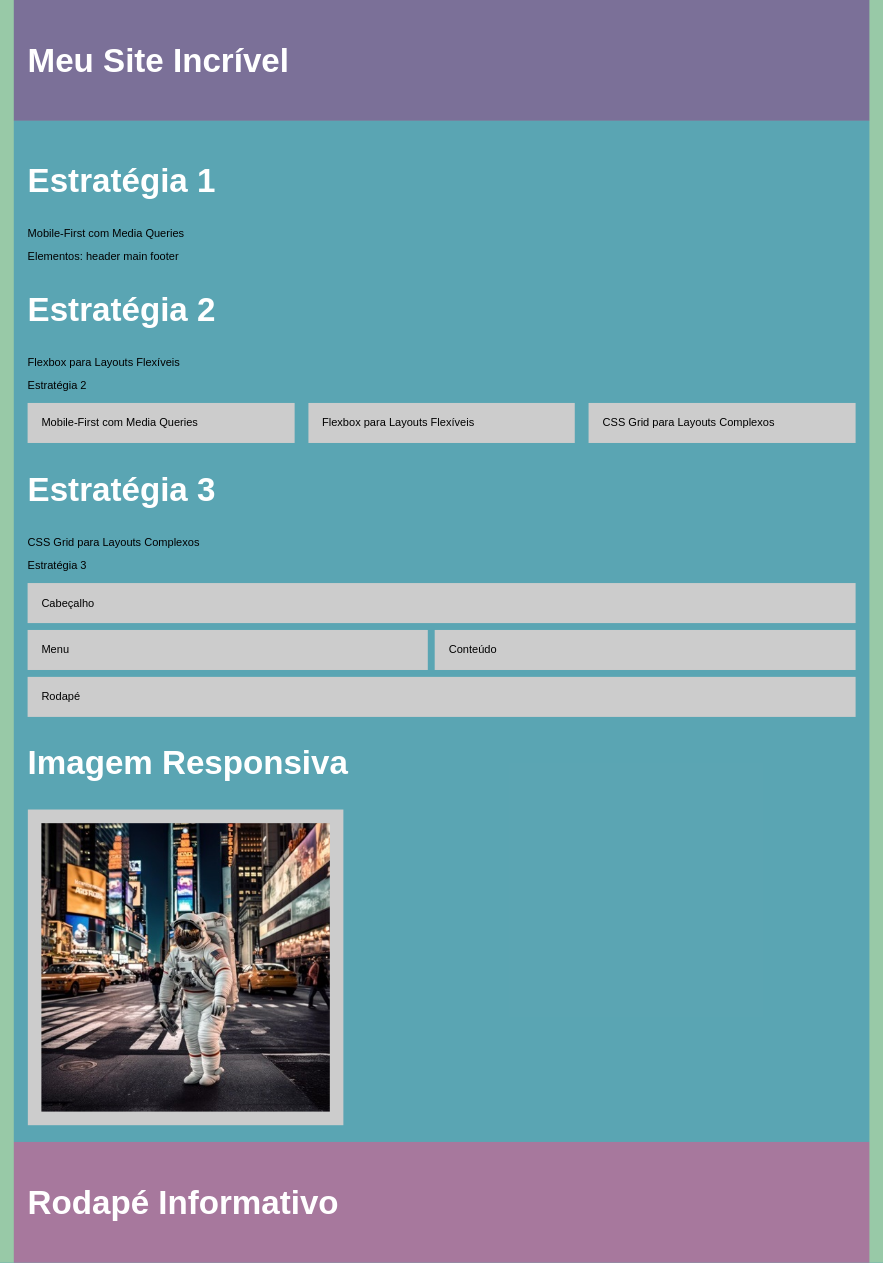
Repository: douglasabnovato/model-lp
Page: index.html
These files come from the project's save history. The page is drawn as it stood at one moment and after the next save; the edit follows.
The browser window is 1280 px wide. The pictures show the whole page, at 69% of full size.

Above is the page before, as saved 2025-02-25 11:44:51.

After the next save:
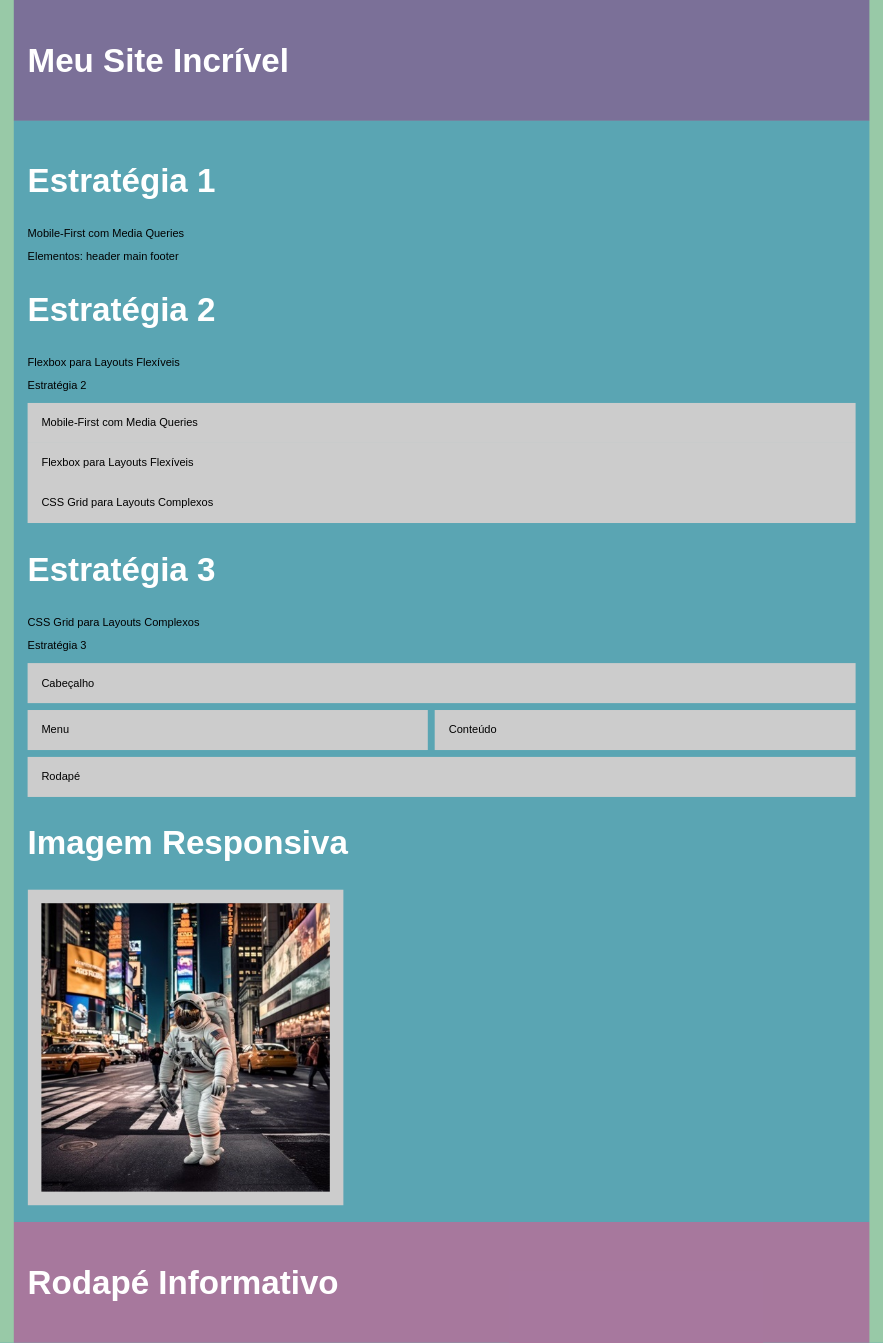
Saved 4 min 14 s later.
--- a/style.css
+++ b/style.css
@@ -29,7 +29,7 @@ main {
   padding: 0;
 }
 
-.container {
+.flex-container {
   display: flex;
   flex-wrap: wrap;
   gap: 20px;

After the save that followed:
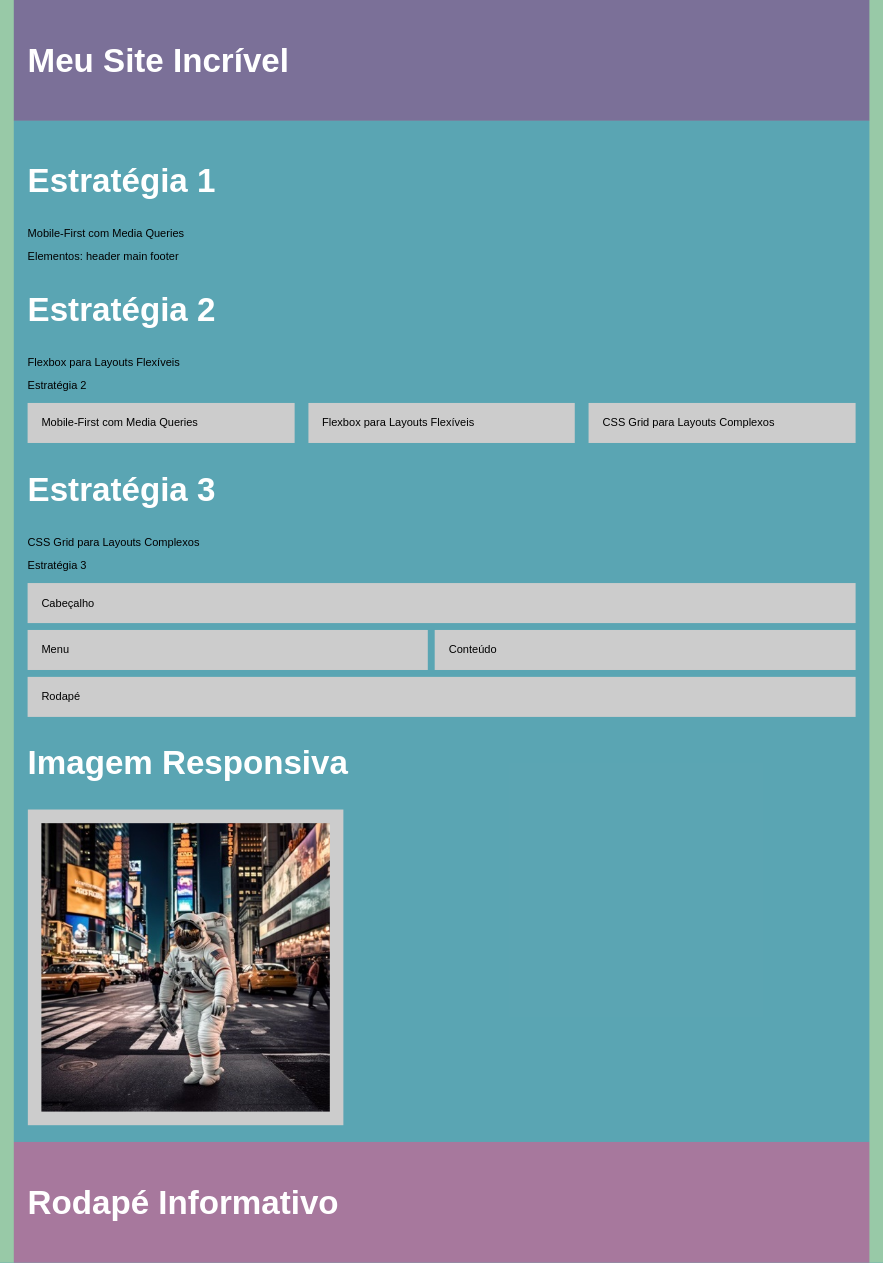
Saved 2 s later.
--- a/index.html
+++ b/index.html
@@ -18,7 +18,7 @@
       <h2>Estratégia 2</h2>
       <p>Flexbox para Layouts Flexíveis</p>
       <p>Estratégia 2</p>
-      <div class="container">
+      <div class="flex-container">
         <div class="item">Mobile-First com Media Queries</div>
         <div class="item">Flexbox para Layouts Flexíveis</div>
         <div class="item">CSS Grid para Layouts Complexos</div>
